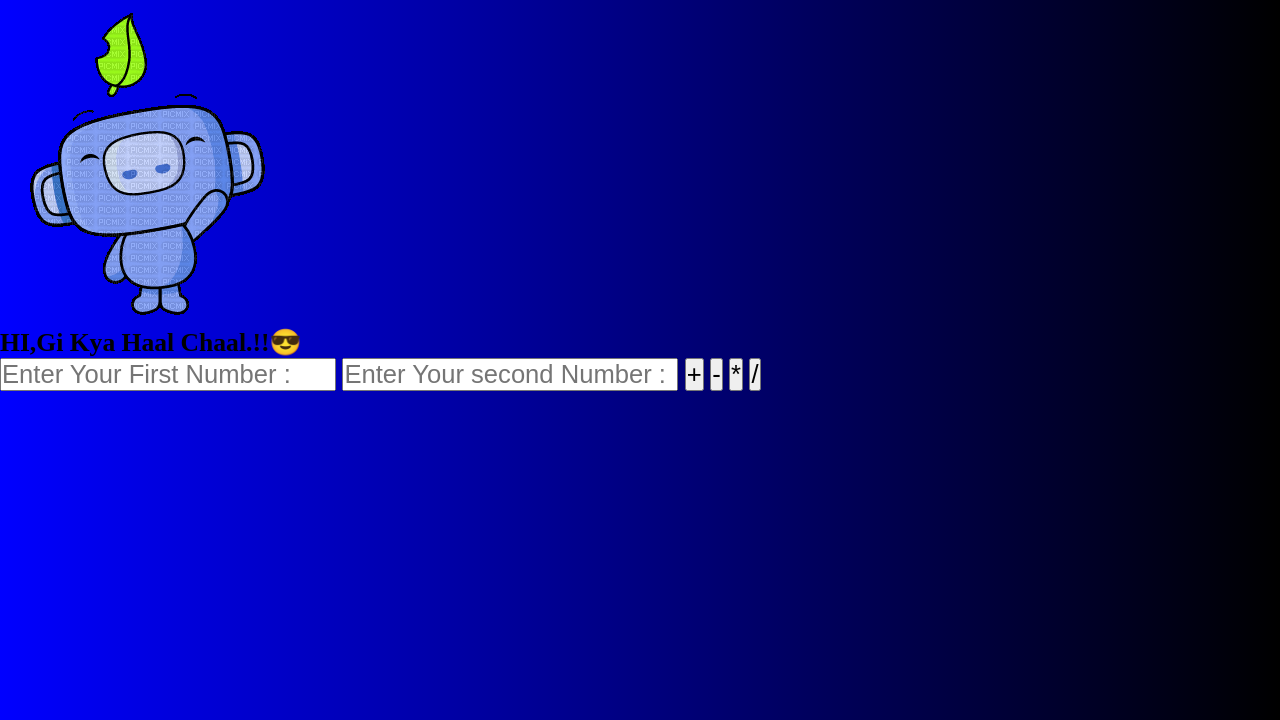
Repository: Deepak-Mane1902/simple-Calculator-using-JSP-Servlet
Page: http://localhost/webProject/
The author's editor kept a copy of each file at every save. The page is drawn from the files as they stood at one save, then again after the next save.
The browser window is 1280 px wide. The pictures show the whole page.
The page is served by Tomcat 9.

Above is the page before, as saved 2024-12-15 06:41:10.

After the next save:
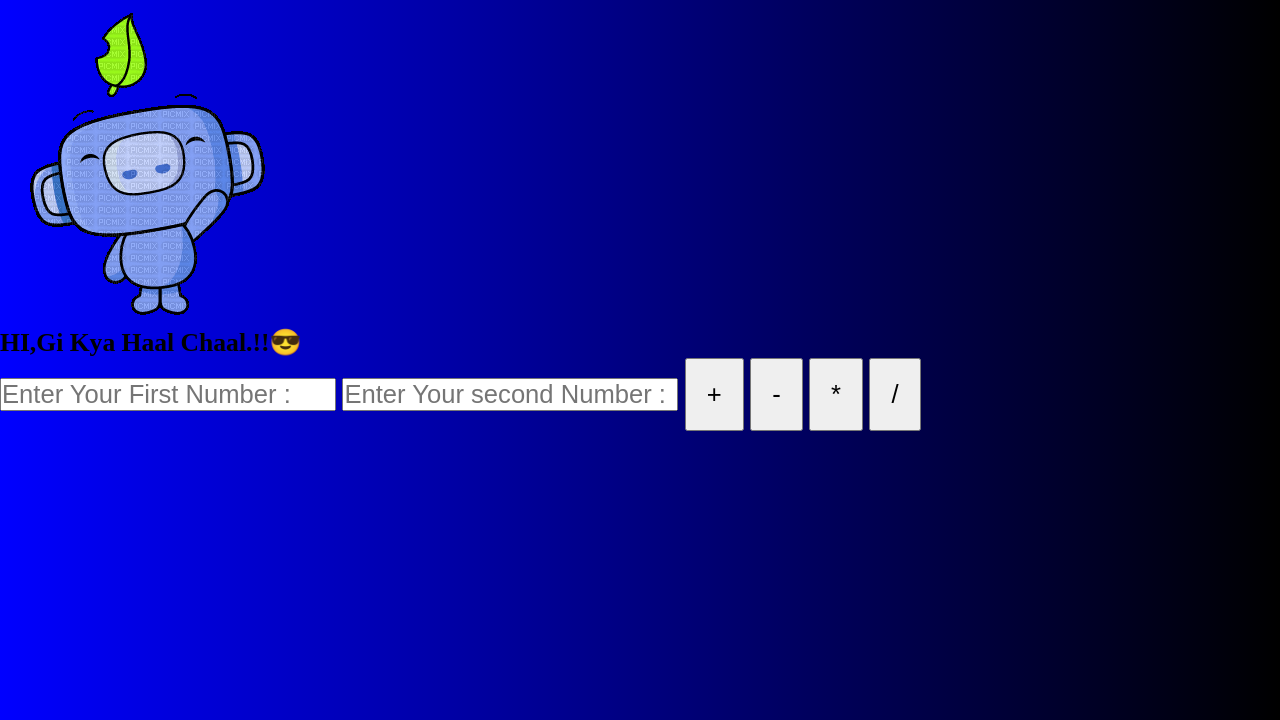
Saved 66 s later.
--- a/webProject/src/main/webapp/style.css
+++ b/webProject/src/main/webapp/style.css
@@ -17,3 +17,6 @@
 h1{
 	position:relative;
 }
+button{
+	padding:20px;
+}
